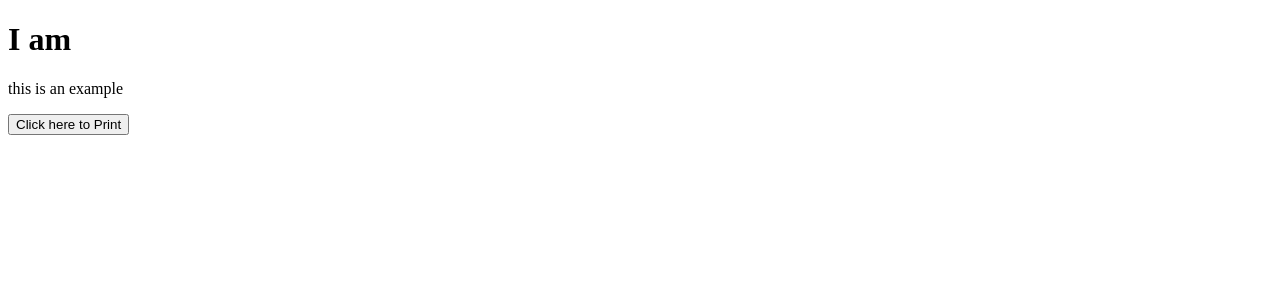
Repository: phulkeshwarmahto/CompleteJS
Page: index.html
An editor plug-in stored every save of this project. The page is shown before and after a run of saves, followed by the edit.
The browser window is 1280 px wide. The pictures show the whole page.

Above is the page before, as saved 2025-06-24 16:18:56.

### index.html
<!DOCTYPE html>
<html lang="en">
<head>
    <meta charset="UTF-8">
    <meta name="viewport" content="width=device-width, initial-scale=1.0">
    <title>Document</title>
</head>
<body>
    <h1 id="myH">I am </h1>
    <p id="myP">this is an example</p>
    <button onclick="window.print()">
          Click here to Print
      </button>
</body>
<script src="first.js">
</script>
<script src="DocumentObjectModel(DOM).js"></script>
</html>

### DocumentObjectModel(DOM).js
/* DOM = it is a programming interface for HTML and XML documents.
It represents the structure of a document as a tree of objects, allowing scripts to access and manipulate the content, structure, and style of a document.
The DOM provides a way to interact with the document, allowing developers to create dynamic web pages and applications by modifying the document structure, style, and content in response to user actions or other events.

 The DOM is language-agnostic, meaning it can be used with various programming languages, but it is most commonly associated with JavaScript in web development.
The DOM is a standard that defines the structure and behavior of documents, and it is implemented by web browsers to provide a consistent interface for developers to work with HTML and XML documents.
The DOM is a tree-like structure where each node represents a part of the document, such as an element, attribute, or text content.
The DOM provides methods and properties to traverse the document tree, access and modify elements, attributes, and text content, and respond to events such as user interactions.
The DOM is an essential part of web development, enabling developers to create interactive and dynamic web applications by manipulating the document structure and content in real-time.


/*  structutre of the DOM
+-----------+
|  window   |
+-----------+
     |
+-----------+
| document  |
+-----------+
     |
+-----------+
|   html    |
+-----------+
   /     \
 /         \
v           v
+------+   +------+
| head |   | body |
+------+   +------+
  |          |   \
  |          |    \
  v          v     v
+------+   +------+ +--------+
| meta |   |  div | | script |
+------+   +------+ +--------+
| meta |     |
+------+     v
|title |  +------+------+---+
+------+  | img, h1, p, div |
| link |  +-------------+---+
+------+

all boxes are nodes and also a objects in the DOM.
Each node can have attributes, child nodes, and text content.
*/

console.dir(window); // window is the global object in the browser environment
console.dir(document); // document is a property of the window object, representing the DOM of the current page
console.dir(document.documentElement); // Represents the root element of the document (usually <html>)
console.dir(document.head); // Represents the <head> element of the document
console.dir(document.body); // Represents the <body> element of the document

let word = document.getElementById("myH")
console.dir(word); // Accessing an element by its ID
console.dir(word.innerHTML); // Accessing the inner HTML of the element

Loaded but not shown: first.js (no copy from this time; the picture is the same without it)

After the next 3 saves:
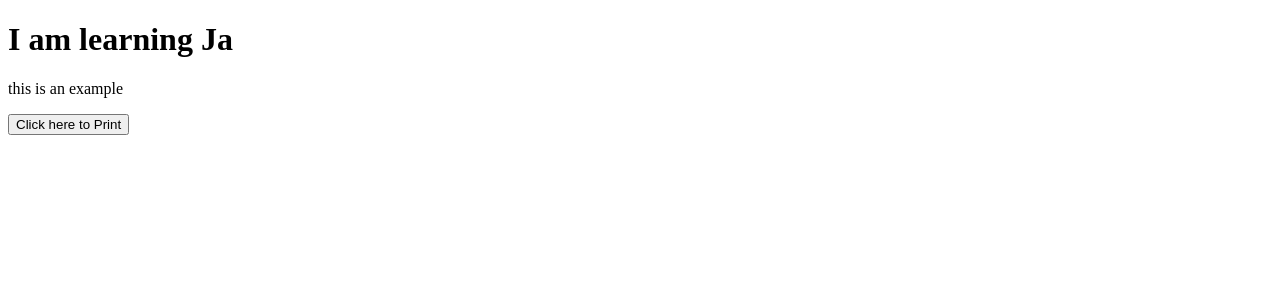
The 3 saves are shown as one change because they came seconds apart.
The last was saved 7 s later.
--- a/index.html
+++ b/index.html
@@ -6,7 +6,7 @@
     <title>Document</title>
 </head>
 <body>
-    <h1 id="myH">I am </h1>
+    <h1 id="myH">I am learning Ja</h1>
     <p id="myP">this is an example</p>
     <button onclick="window.print()">
           Click here to Print
